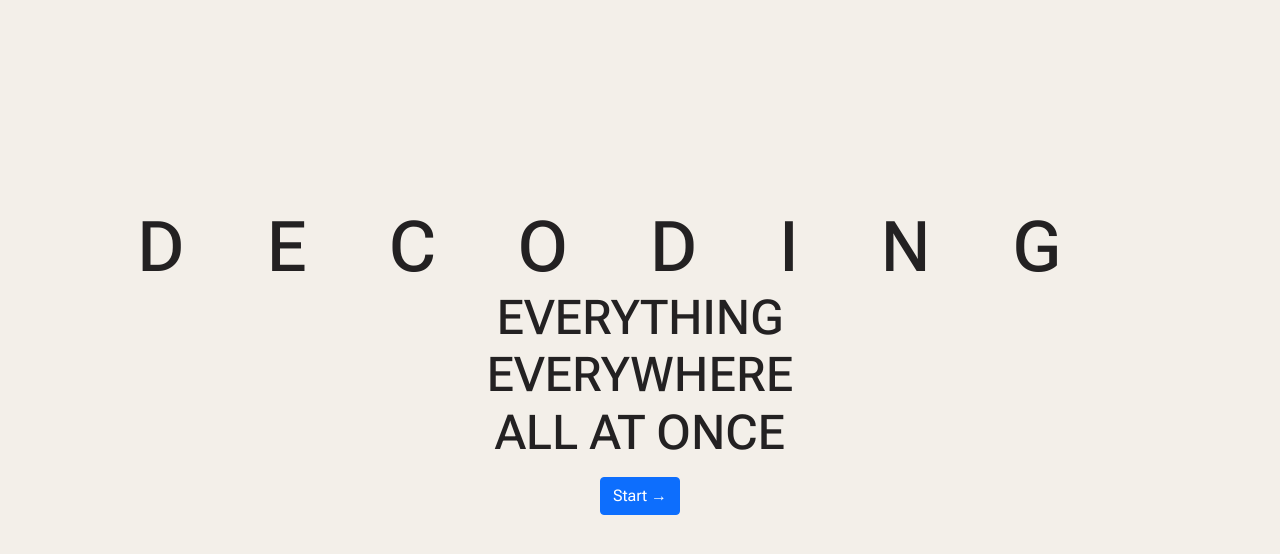
Repository: angelica-hom/msdv-thesis
Page: index.html
The author's editor kept a record of every edit. The page is drawn from the files as they stood at one moment, then again after the next edit.
The browser window is 1280 px wide. The pictures show the whole page.

Above is the page before.

After the next edit:
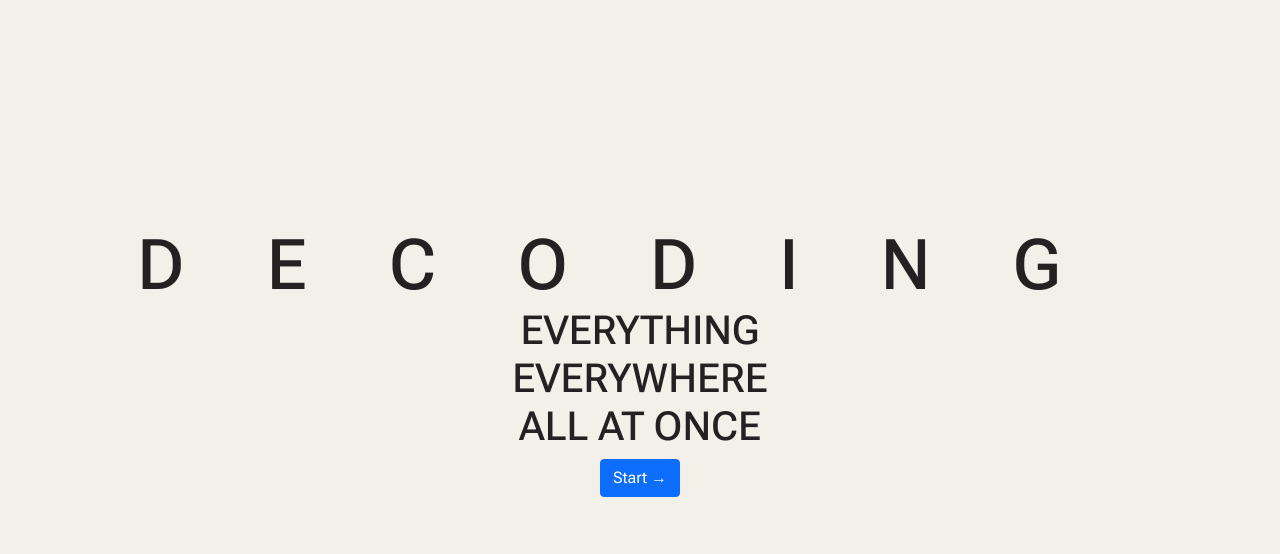
The edit:
--- a/index.css
+++ b/index.css
@@ -14,11 +14,6 @@
     align-items: center;
     background-color: #F3EFE9;
     color: #232122;
-}
-
-.hero-text {
-    font-size: 3rem;
-    margin-bottom: 1rem;
 }
 
 @media (max-width: 768px) {
